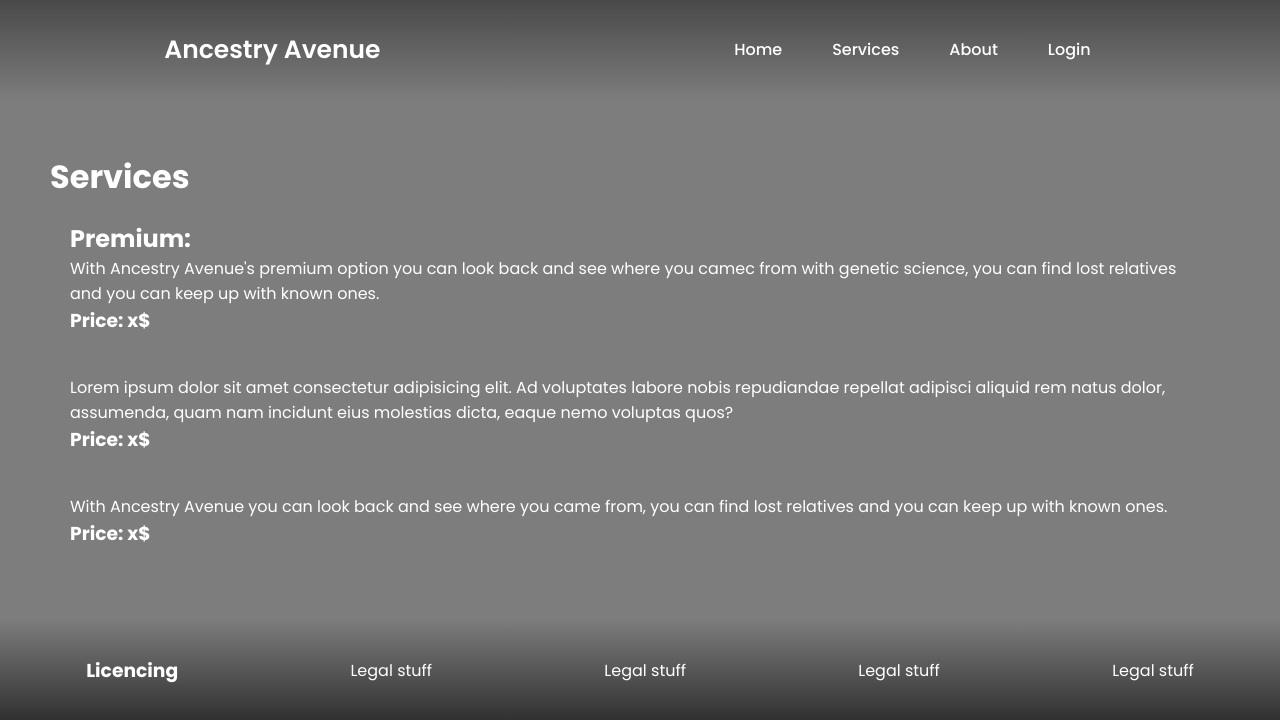
Repository: Erik-Paulin/24wuab
Page: services.html
The author's editor kept a copy of each file at every save. The page is drawn from the files as they stood at one save, then again after the next save.
The browser window is 1280 px wide. The pictures show the whole page.

Above is the page before, as saved 2024-05-04 17:31:55.
Console error: TypeError: Cannot read properties of null (reading 'addEventListener')

After the next save:
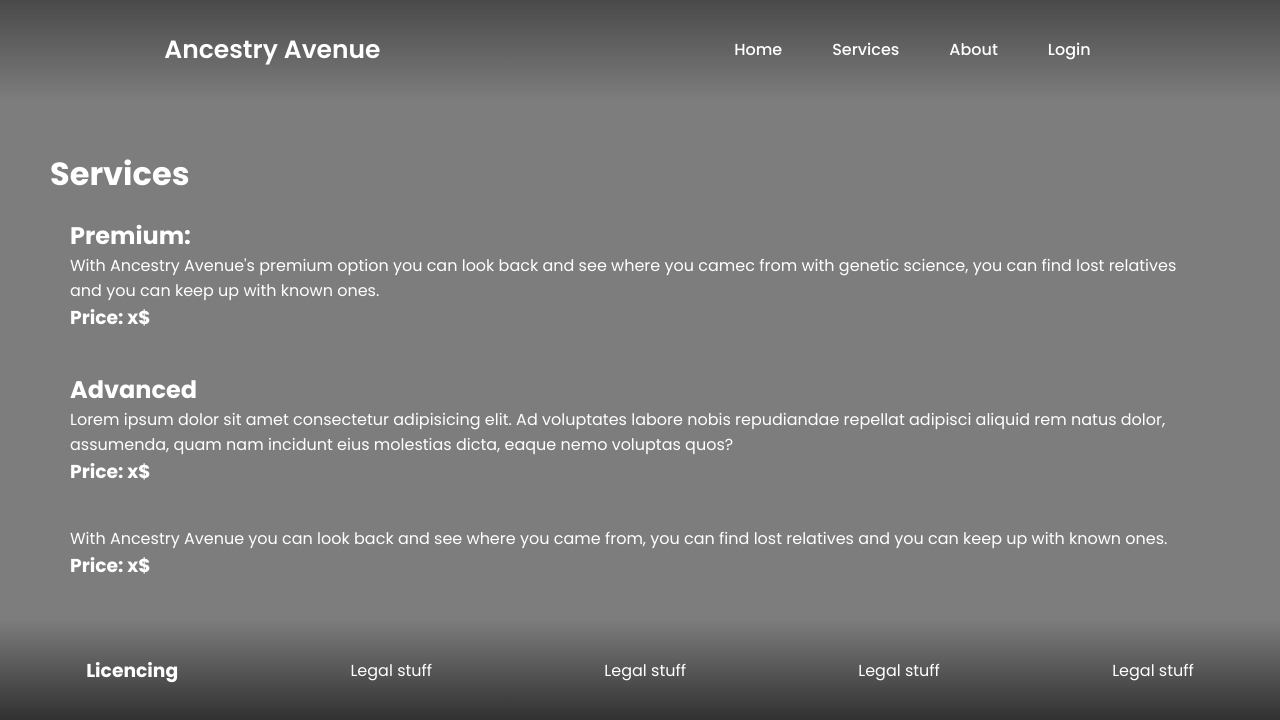
Saved 5 s later.
--- a/services.html
+++ b/services.html
@@ -60,7 +60,7 @@
             </div>
             <div class="info">
               <h2>
-
+                Advanced
               </h2>
               <p>
                 Lorem ipsum dolor sit amet consectetur adipisicing elit. Ad voluptates labore nobis repudiandae repellat adipisci aliquid rem natus dolor, assumenda, quam nam incidunt eius molestias dicta, eaque nemo voluptas quos?
